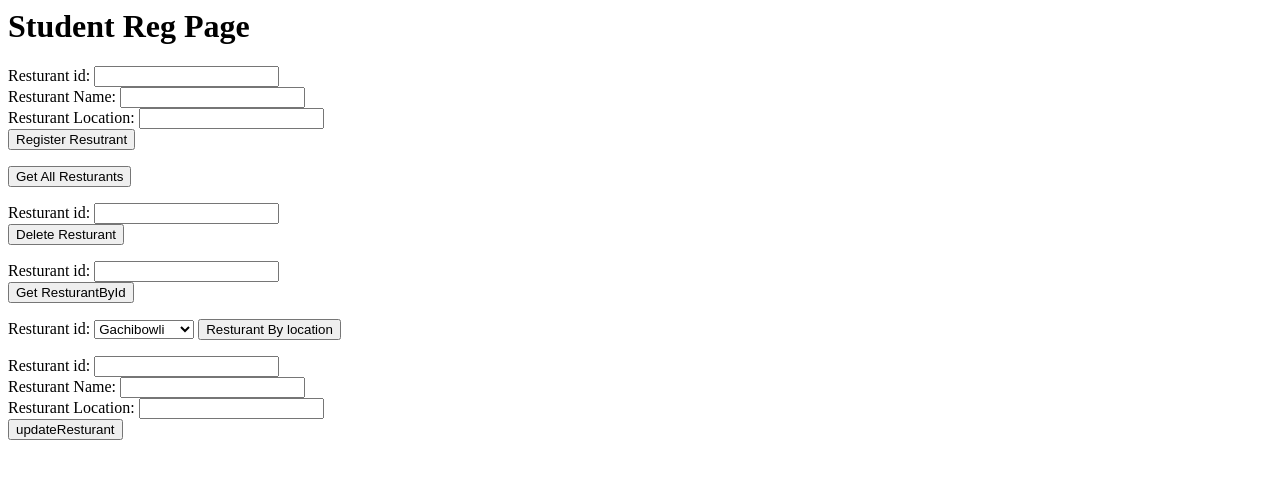
Repository: saikrishnaDsk/DelNex4D
Page: http://localhost/SprHibdelnex4d/WEB-INF/views/resturanthome.jsp
An editor plug-in stored every save of this project. The page is shown before and after the next save, followed by the edit.
The browser window is 1280 px wide. The pictures show the whole page.
The page is served by Tomcat 9. Nobody is signed in. Other server files are loaded and not shown. The template is opened directly, without the code that normally fills it, so the values that code supplies are empty.

Above is the page before, as saved 2020-01-13 10:08:13.

### workspace-sts-3.9.9.RELEASE/SprHibdelnex4d/src/main/webapp/WEB-INF/views/resturanthome.jsp
<%@ taglib uri="http://java.sun.com/jsp/jstl/core" prefix="c"%>
<%@ page session="false"%>
<html>
<head>
<title>Home</title>
</head>
<body>

	<h1>Student Reg Page</h1>


	<form action="saveResturant">


		Resturant id:		<input type="text" name="rid"> <br>
		Resturant Name:		<input type="text" name="name"> <br>
		Resturant Location:	<input type="text" name="location"> <br>

						<input type="submit" value="Register Resutrant"><br>
	</form>

	<form action="getAllResturants">

						<input type="submit" value="Get All Resturants">
	</form>
	<form action="deleteResturant">
 		Resturant id:	<input type="text" name="rid"> <br>
						<input type="submit" value="Delete Resturant">
	</form>
	<form action="getResturantById">
	 	Resturant id:	<input type="text" name="rid"> <br>
						<input type="submit" value="Get ResturantById">
	</form>
	<form action="getResturantByLocation">
	 	Resturant id:	<select>
 							 <option value="Gachibowli">Gachibowli</option>
 							 <option value="Towli Chowki">Towli Chowki</option>
							 <option value="Q-City">Q-City</option>
							 <option value="kondapur">kondapur</option>
</select>
						<input type="submit" value="Resturant By location">
	</form>
	<form action="updateResturant">
 						Resturant id:		<input type="text" name="rid"> <br>
						Resturant Name:		<input type="text" name="name"> <br>
						Resturant Location:	<input type="text" name="location"> <br>

						<input type="submit" value="updateResturant"><br>
	</form>

</body>
</html>

After the next save:
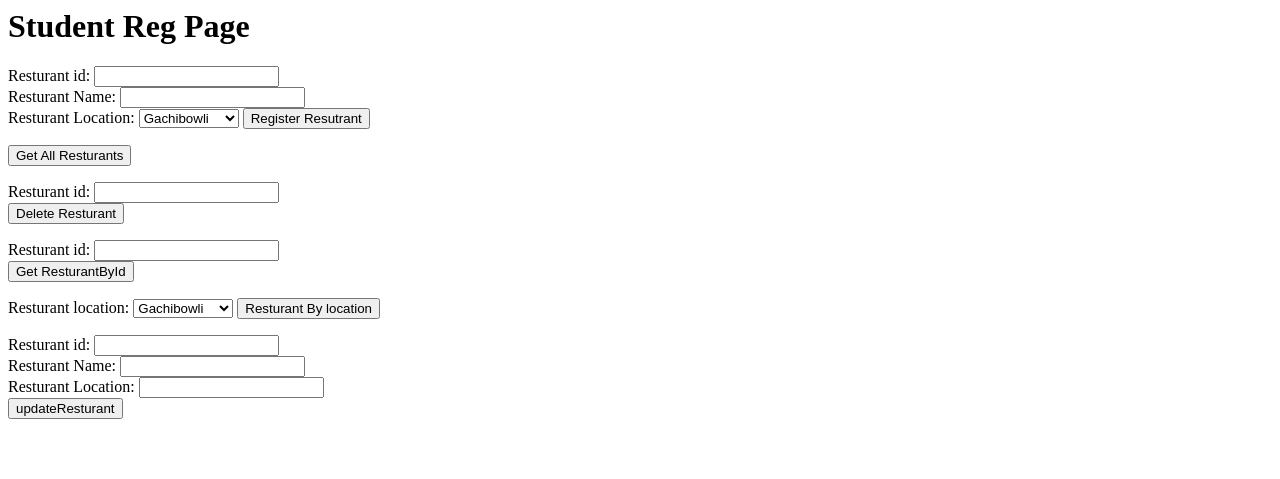
Saved 25 s later.
--- a/workspace-sts-3.9.9.RELEASE/SprHibdelnex4d/src/main/webapp/WEB-INF/views/resturanthome.jsp
+++ b/workspace-sts-3.9.9.RELEASE/SprHibdelnex4d/src/main/webapp/WEB-INF/views/resturanthome.jsp
@@ -14,7 +14,12 @@
 
 		Resturant id:		<input type="text" name="rid"> <br>
 		Resturant Name:		<input type="text" name="name"> <br>
-		Resturant Location:	<input type="text" name="location"> <br>
+		Resturant Location:	<select>
+ 							 <option value="Gachibowli">Gachibowli</option>
+ 							 <option value="Towli Chowki">Towli Chowki</option>
+							 <option value="Q-City">Q-City</option>
+							 <option value="kondapur">kondapur</option>
+						</select>
 
 						<input type="submit" value="Register Resutrant"><br>
 	</form>
@@ -32,12 +37,12 @@
 						<input type="submit" value="Get ResturantById">
 	</form>
 	<form action="getResturantByLocation">
-	 	Resturant id:	<select>
+	 	Resturant location:	<select>
  							 <option value="Gachibowli">Gachibowli</option>
  							 <option value="Towli Chowki">Towli Chowki</option>
 							 <option value="Q-City">Q-City</option>
 							 <option value="kondapur">kondapur</option>
-</select>
+						</select>
 						<input type="submit" value="Resturant By location">
 	</form>
 	<form action="updateResturant">
